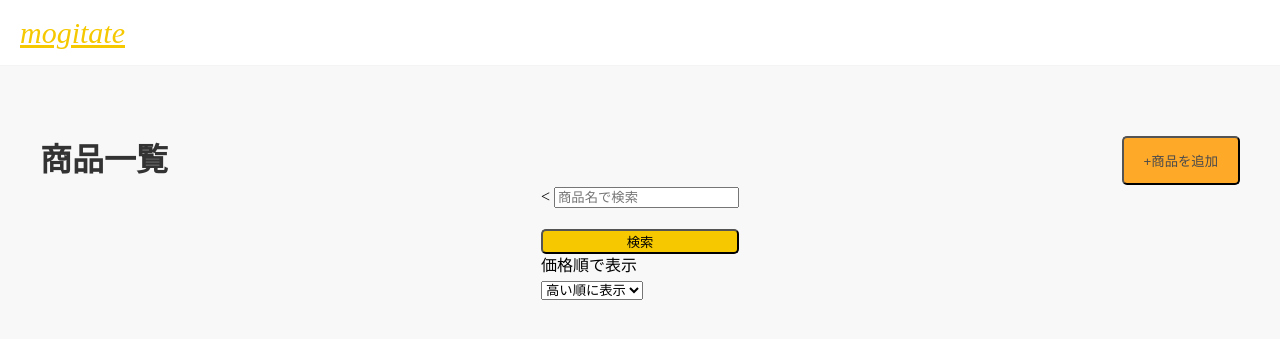
Repository: SuzukiFuminori/test-fruit
Page: http://localhost/products
These files come from the project's save history. The page is drawn as it stood at one moment and after the next save; the edit follows.
The browser window is 1280 px wide. The pictures show the whole page.
The page is served by the project's Laravel application, run on PHP 8.4 with Laravel 8. Other server files are loaded and not shown. Queries for data that is not in the repository find no rows.

Above is the page before, as saved 2024-12-30 05:48:11.

### src/routes/web.php
<?php

use Illuminate\Support\Facades\Route;
use App\Http\Controllers\ProductController;

/*
|--------------------------------------------------------------------------
| Web Routes
|--------------------------------------------------------------------------
|
| Here is where you can register web routes for your application. These
| routes are loaded by the RouteServiceProvider within a group which
| contains the "web" middleware group. Now create something great!
|
*/

Route::get('/products', [ProductController::class, 'index']);
Route::get('/products/register', [ProductController::class, 'add']);

### src/app/Http/Controllers/ProductController.php
<?php

namespace App\Http\Controllers;
use App\Models\Product;
use Illuminate\Http\Request;

class ProductController extends Controller
{
    // 商品一覧ページの表示
    public function index()
    {
        $products = Product::all();
        return view('index', ['products' => $products]);
    }

    // 商品登録ページの表示
    public function add()
    {
        return view('add');
    }
}

### src/resources/views/index.blade.php
@extends('layouts.default')

@section('title', '商品一覧')

@section('css')
<link rel="stylesheet" href="{{ asset('css/index.css') }}">
@endsection

@section('content')
  <div class="content">
    <div class="content__inner">
      <div class="content-heading">
        <div class="content-heading__title">
          @yield('title')
        </div>
        <div class="content-heading__button">
          <button class="content-heading__button-submit" type="submit">+商品を追加</button>
        </div>
      </div>
      <div class="content-container">
        <div class="search-wrapper">
          <div class="search__input">
            <
            <input type="search" name="name" placeholder="商品名で検索">
          </div>
          <div class="search__button">
            <button class="search__button-submit" >検索</button>
          </div>
          <div class="sort">
            <div class="sort__content">価格順で表示</div>
            <div class="sort__select">
              <select name="select" placeholder="価格で並べ替え">
                <option value="">高い順に表示</option>
                <option value="">低い順に表示</option>
              </select>
            </div>
          </div>
        </div>
      </div>
    </div>
  </div>
@endsection

### src/resources/views/layouts/default.blade.php
<!DOCTYPE html>
<html lang="ja">

<head>
  <meta charset="UTF-8">
  <meta name="viewport" content="width=device-width, initial-scale=1.0">
  <title>@yield('title')</title>
  <link rel="stylesheet" href="{{ asset('css/sanitize.css') }}">
  <link rel="stylesheet" href="{{ asset('css/common.css') }}">
  @yield('css')
</head>

<body>
  <header class="header">
    <div class="header__inner">
      <a class="header__logo" href="/">
        mogitate
      </a>
    </div>
  </header>
  <main>
    @yield('content')
  </main>
</body>

</html>

### src/public/css/sanitize.css
/* Document
* ========================================================================== */

/**
* Add border box sizing in all browsers (opinionated).
*/

*,
::before,
::after {
  box-sizing: border-box;
}

/**
* 1. Add text decoration inheritance in all browsers (opinionated).
* 2. Add vertical alignment inheritance in all browsers (opinionated).
*/

::before,
::after {
  vertical-align: inherit;
  /* 2 */
  text-decoration: inherit;
  /* 1 */
}

/**
* 1. Use the default cursor in all browsers (opinionated).
* 2. Change the line height in all browsers (opinionated).
* 3. Use a 4-space tab width in all browsers (opinionated).
* 4. Remove the grey highlight on links in iOS (opinionated).
* 5. Prevent adjustments of font size after orientation changes in
*    IE on Windows Phone and in iOS.
* 6. Breaks words to prevent overflow in all browsers (opinionated).
*/

html {
  word-break: break-word;
  /* 6 */
  -moz-tab-size: 4;
  /* 3 */
  tab-size: 4;
  /* 3 */
  line-height: 1.5;
  /* 2 */
  cursor: default;
  /* 1 */

  -webkit-tap-highlight-color: transparent
    /* 4 */
  ;
  -ms-text-size-adjust: 100%;
  /* 5 */
  -webkit-text-size-adjust: 100%;
  /* 5 */
}

/* Sections
* ========================================================================== */

/**
* Remove the margin in all browsers (opinionated).
*/

body {
  margin: 0;
}

/**
* Correct the font size and margin on `h1` elements within `section` and
* `article` contexts in Chrome, Edge, Firefox, and Safari.
*/

h1 {
  margin: 0.67em 0;
  font-size: 2em;
}

/* Grouping content
* ========================================================================== */

/**
* Remove the margin on nested lists in Chrome, Edge, IE, and Safari.
*/

dl dl,
dl ol,
dl ul,
ol dl,
ul dl {
  margin: 0;
}

/**
* Remove the margin on nested lists in Edge 18- and IE.
*/

ol ol,
ol ul,
ul ol,
ul ul {
  margin: 0;
}

/**
* 1. Add the correct sizing in Firefox.
* 2. Show the overflow in Edge 18- and IE.
*/

hr {
  overflow: visible;
  /* 2 */
  height: 0;
  /* 1 */
}

/**
* Add the correct display in IE.
*/

main {
  display: block;
}

/**
* Remove the list style on navigation lists in all browsers (opinionated).
*/

nav ol,
nav ul {
  padding: 0;
  list-style: none;
}

/**
* 1. Correct the inheritance and scaling of font size in all browsers.
* 2. Correct the odd `em` font sizing in all browsers.
*/

pre {
  font-size: 1em;
  /* 2 */
  font-family: monospace, monospace;
  /* 1 */
}

/* Text-level semantics
* ========================================================================== */

/**
* Remove the gray background on active links in IE 10.
*/

a {
  background-color: transparent;
}

/**
* Add the correct text decoration in Edge 18-, IE, and Safari.
*/

abbr[title] {
  text-decoration: underline;
  text-decoration: underline dotted;
}

/**
* Add the correct font weight in Chrome, Edge, and Safari.
*/

b,
strong {
  font-weight: bolder;
}

/**
* 1. Correct the inheritance and scaling of font size in all browsers.
* 2. Correct the odd `em` font sizing in all browsers.
*/

code,
kbd,
samp {
  font-size: 1em;
  /* 2 */
  font-family: monospace, monospace;
  /* 1 */
}

/**
* Add the correct font size in all browsers.
*/

small {
  font-size: 80%;
}

/* Embedded content
* ========================================================================== */

/*
* Change the alignment on media elements in all browsers (opinionated).
*/

audio,
canvas,
iframe,
img,
svg,
video {
  vertical-align: middle;
}

/**
* Add the correct display in IE 9-.
*/

audio,
video {
  display: inline-block;
}

/**
* Add the correct display in iOS 4-7.
*/

audio:not([controls]) {
  display: none;
  height: 0;
}

/**
* Remove the border on iframes in all browsers (opinionated).
*/

iframe {
  border-style: none;
}

/**
* Remove the border on images within links in IE 10-.
*/

img {
  border-style: none;
}

/**
* Change the fill color to match the text color in all browsers (opinionated).
*/

svg:not([fill]) {
  fill: currentColor;
}

/**
* Hide the overflow in IE.
*/

svg:not(:root) {
  overflow: hidden;
}

/* Tabular data
* ========================================================================== */

/**
* Collapse border spacing in all browsers (opinionated).
*/

table {
  border-collapse: collapse;
}

/* Forms
* ========================================================================== */

/**
* Remove the margin on controls in Safari.
*/

button,
input,
select {
  margin: 0;
}

/**
* 1. Show the overflow in IE.
* 2. Remove the inheritance of text transform in Edge 18-, Firefox, and IE.
*/

button {
  overflow: visible;
  /* 1 */
  text-transform: none;
  /* 2 */
}

/**
* Correct the inability to style buttons in iOS and Safari.
*/

button,
[type="button"],
[type="reset"],
[type="submit"] {
  -webkit-appearance: button;
}

/**
* 1. Change the inconsistent appearance in all browsers (opinionated).
* 2. Correct the padding in Firefox.
*/

fieldset {
  padding: 0.35em 0.75em 0.625em;
  /* 2 */
  border: 1px solid #a0a0a0;
  /* 1 */
}

/**
* Show the overflow in Edge 18- and IE.
*/

input {
  overflow: visible;
}

/**
* 1. Correct the text wrapping in Edge 18- and IE.
* 2. Correct the color inheritance from `fieldset` elements in IE.
*/

legend {
  display: table;
  /* 1 */
  max-width: 100%;
  /* 1 */
  color: inherit;
  /* 2 */
  white-space: normal;
  /* 1 */
}

/**
* 1. Add the correct display in Edge 18- and IE.
* 2. Add the correct vertical alignment in Chrome, Edge, and Firefox.
*/

progress {
  display: inline-block;
  /* 1 */
  vertical-align: baseline;
  /* 2 */
}

/**
* Remove the inheritance of text transform in Firefox.
*/

select {
  text-transform: none;
}

/**
* 1. Remove the margin in Firefox and Safari.
* 2. Remove the default vertical scrollbar in IE.
* 3. Change the resize direction in all browsers (opinionated).
*/

textarea {
  overflow: auto;
  /* 2 */
  margin: 0;
  /* 1 */
  resize: vertical;
  /* 3 */
}

/**
* Remove the padding in IE 10-.
*/

[type="checkbox"],
[type="radio"] {
  padding: 0;
}

/**
* 1. Correct the odd appearance in Chrome, Edge, and Safari.
* 2. Correct the outline style in Safari.
*/

[type="search"] {
  outline-offset: -2px;
  /* 2 */

  -webkit-appearance: textfield;
  /* 1 */
}

/**
* Correct the cursor style of increment and decrement buttons in Safari.
*/

::-webkit-inner-spin-button,
::-webkit-outer-spin-button {
  height: auto;
}

/**
* Correct the text style of placeholders in Chrome, Edge, and Safari.
*/

::-webkit-input-placeholder {
  color: inherit;
  opacity: 0.54;
}

/**
* Remove the inner padding in Chrome, Edge, and Safari on macOS.
*/

::-webkit-search-decoration {
  -webkit-appearance: none;
}

/**
* 1. Correct the inability to style upload buttons in iOS and Safari.
* 2. Change font properties to `inherit` in Safari.
*/

::-webkit-file-upload-button {
  font: inherit;
  /* 2 */

  -webkit-appearance: button;
  /* 1 */
}

/**
* Remove the inner border and padding of focus outlines in Firefox.
*/

::-moz-focus-inner {
  padding: 0;
  border-style: none;
}

/**
* Restore the focus outline styles unset by the previous rule in Firefox.
*/

:-moz-focusring {
  outline: 1px dotted ButtonText;
}

/**
* Remove the additional :invalid styles in Firefox.
*/

:-moz-ui-invalid {
  box-shadow: none;
}

/* Interactive
* ========================================================================== */

/*
* Add the correct display in Edge 18- and IE.
*/

details {
  display: block;
}

/*
* Add the correct styles in Edge 18-, IE, and Safari.
*/

dialog {
  position: absolute;
  right: 0;
  left: 0;
  display: block;
  margin: auto;
  padding: 1em;
  width: -moz-fit-content;
  width: -webkit-fit-content;
  width: fit-content;
  height: -moz-fit-content;
  height: -webkit-fit-content;
  height: fit-content;
  border: solid;
  background-color: white;
  color: black;
}

dialog:not([open]) {
  display: none;
}

/*
* Add the correct display in all browsers.
*/

summary {
  display: list-item;
}

/* Scripting
* ========================================================================== */

/**
* Add the correct display in IE 9-.
*/

canvas {
  display: inline-block;
}

/**
* Add the correct display in IE.
*/

template {
  display: none;
}

/* User interaction
* ========================================================================== */

/*
* 1. Remove the tapping delay in IE 10.
* 2. Remove the tapping delay on clickable elements
in all browsers (opinionated).
*/

a,
area,
button,
input,
label,
select,
summary,
textarea,
[tabindex] {
  -ms-touch-action: manipulation;
  /* 1 */
  touch-action: manipulation;
  /* 2 */
}

/**
* Add the correct display in IE 10-.
*/

[hidden] {
  display: none;
}

/* Accessibility
* ========================================================================== */

/**
* Change the cursor on busy elements in all browsers (opinionated).
*/

[aria-busy="true"] {
  cursor: progress;
}

/*
* Change the cursor on control elements in all browsers (opinionated).
*/

[aria-controls] {
  cursor: pointer;
}

/*
* Change the cursor on disabled, not-editable, or otherwise
* inoperable elements in all browsers (opinionated).
*/

[aria-disabled="true"],
[disabled] {
  cursor: not-allowed;
}

/*
* Change the display on visually hidden accessible elements
* in all browsers (opinionated).
*/

[aria-hidden="false"][hidden] {
  display: initial;
}

[aria-hidden="false"][hidden]:not(:focus) {
  position: absolute;
  clip: rect(0, 0, 0, 0);
}

### src/public/css/common.css
.header {
  background: white;
}

.header__inner {
  margin: 0 auto;
  padding: 10px 20px;
  border-bottom: solid 1px #f4f4f4;
}

.header__logo {
  font-family: jsMath-cmti10;
  font-size: 30px;
  color: #F5C800;
  font-weight: 500;
  font-style: italic;
}

### src/public/css/index.css
.content {
  background: #f8f8f8;
}

.content__inner {
  margin: 0 auto;
  padding: 70px 0;
}

.content-heading {
  display: flex;
  justify-content: space-between;
  margin: 0 auto;
  padding: 0 40px 0;
}

.content-heading__title {
  font-family: "Hiragino Kaku Gothic Pro";
  font-size: 32px;
  color: #333333;
  font-weight: 600;
}

.content-heading__button-submit {
  padding: 13px 20px;
  background:#ffa929;
  color: #4B4B4B;
  border-radius: 5px;
}

.content-container {
  display: flex;
  justify-content: center;
  padding: 0 40px 0;
}

.search {
  border-bottom: solid 1px;
}

.search__input {
  padding-bottom: 20px;
}

.search__button-submit {
  width: 100%;
  padding: 10px auto;
  background: #F5C800;
  border-radius: 5px;
}

Loaded but not shown: src/app/Http/Controllers/Controller.php (common file); src/app/Models/Product.php (common file)

After the next save:
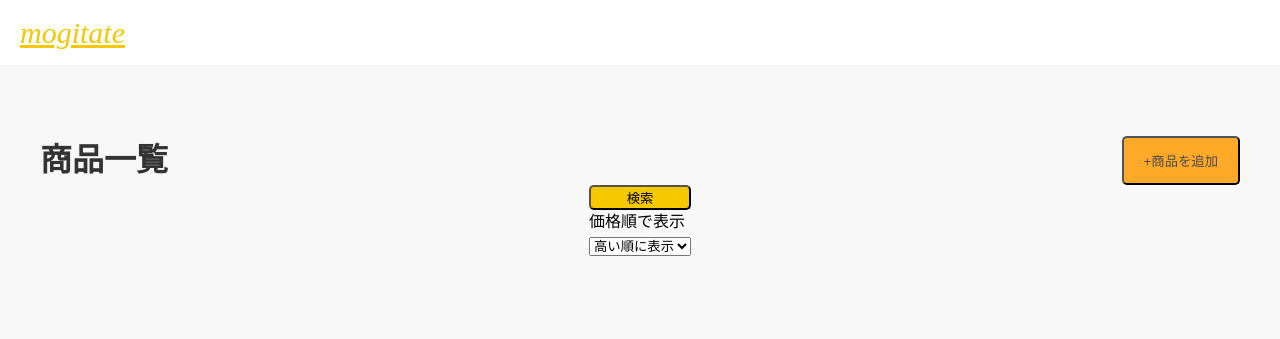
Saved 4 s later.
--- a/src/resources/views/index.blade.php
+++ b/src/resources/views/index.blade.php
@@ -20,7 +20,7 @@
       <div class="content-container">
         <div class="search-wrapper">
           <div class="search__input">
-            <
+            <div class
             <input type="search" name="name" placeholder="商品名で検索">
           </div>
           <div class="search__button">
